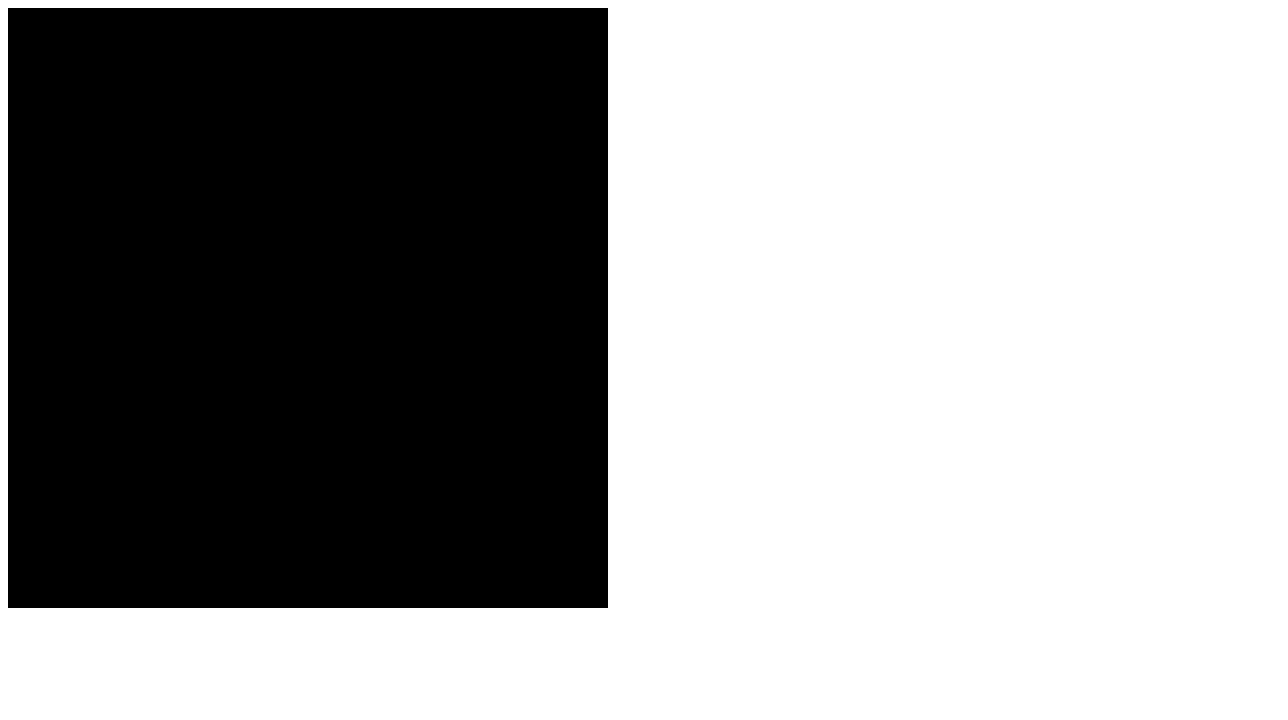
Repository: RamiAwar/pixi-chess
Page: index.html
The author's editor kept a copy of each file at every save. The page is drawn from the files as they stood at one save, then again after the next save.
The browser window is 1280 px wide. The page is 1280 px wide, then 1288 px, so the pictures cover 1288 px, including what lies to the right of the window. The pictures show the whole page.

Above is the page before, as saved 2021-02-09 23:43:52.

### index.html
<!doctype html>
<html>
<head>
  <meta charset="utf-8">
  <title>Hello World</title>
</head>
  <script src="pixi.min.js"></script>
<body>
  <script type="text/javascript">
    let type = "WebGL"
    if(!PIXI.utils.isWebGLSupported()){
      type = "canvas"
    }

    //Create a Pixi Application
    let app = new PIXI.Application({width: 600, height: 600});

    //Add the canvas that Pixi automatically created for you to the HTML document
    document.body.appendChild(app.view);

  </script>
</body>
</html>

Loaded but not shown: pixi.min.js (library)

After the next save:
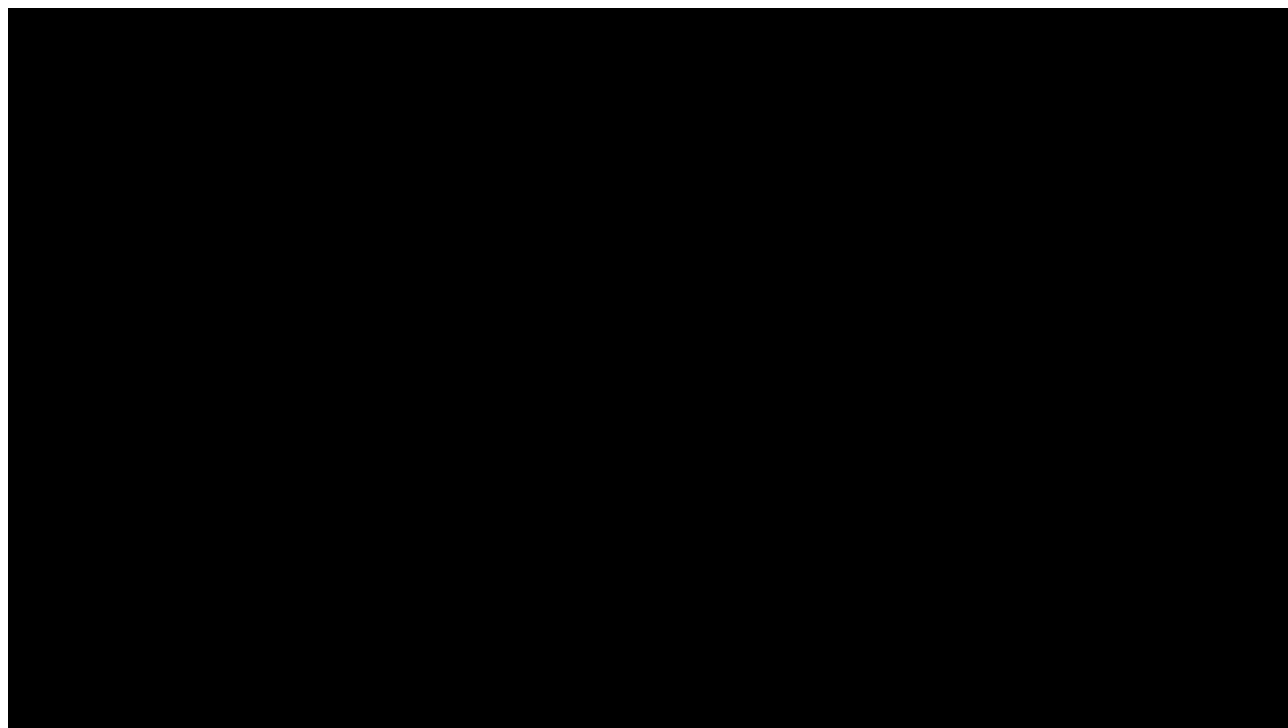
Saved 3 min 25 s later.
--- a/index.html
+++ b/index.html
@@ -14,6 +14,10 @@
 
     //Create a Pixi Application
     let app = new PIXI.Application({width: 600, height: 600});
+    app.renderer.view.style.position = "absolute";
+    app.renderer.view.style.display = "block";
+    app.renderer.autoResize = true;
+    app.renderer.resize(window.innerWidth, window.innerHeight);
 
     //Add the canvas that Pixi automatically created for you to the HTML document
     document.body.appendChild(app.view);
